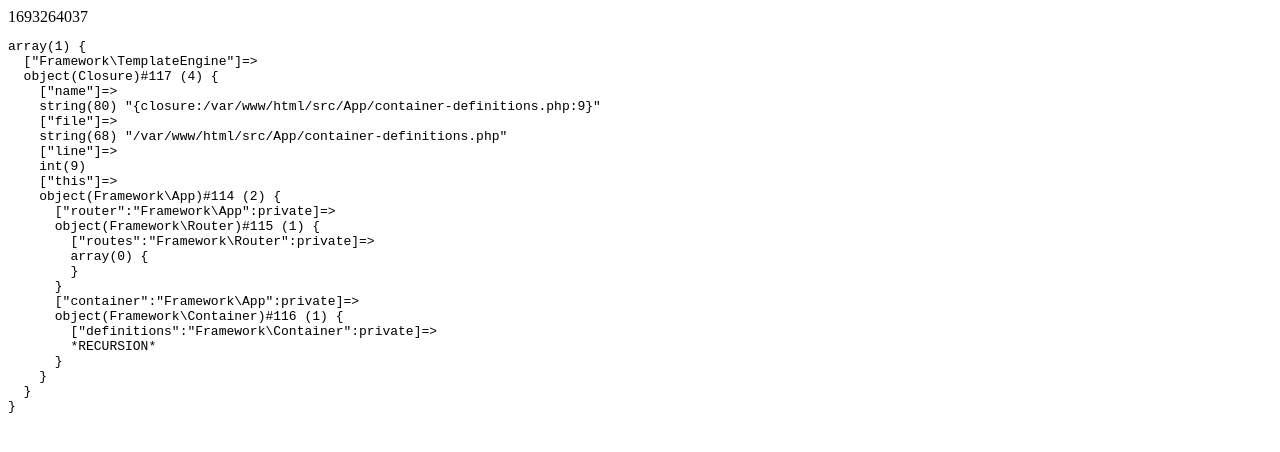
Repository: Conjet/PHPiggy
Page: http://localhost/about
An editor plug-in stored every save of this project. The page is shown before and after the next save, followed by the edit.
The browser window is 1280 px wide. The pictures show the whole page.
The page is run by PHP 8.4 with error messages shown; the project is at /var/www/html/.

Above is the page before, as saved 2023-08-31 00:02:27.

### public/index.php
<?php

include __DIR__."/../src/App/functions.php";

$app = include __DIR__.'/../src/App/bootstrap.php';

$app->run();

### src/App/functions.php
<?php

declare(strict_types=1);

function dd(mixed $value)
{
    echo '<pre>';
    var_dump($value);
    echo '</pre>';
    die();
}

function e(mixed $value): string
{
    return htmlspecialchars((string) $value);
}

### src/App/bootstrap.php
<?php

declare(strict_types=1);

require __DIR__ . '/../../vendor/autoload.php';

use Framework\App;
use App\Config\Paths;

use function App\Config\registerRoutes;

$app = new App(Paths::SOURCE . "App/container-definitions.php");

registerRoutes($app);

return $app;

### src/App/Config/Routes.php
<?php

declare(strict_types=1);

namespace App\Config;

use App\Controllers\{HomeController, AboutController};

use Framework\App;

function registerRoutes(App $app)
{
    $app->get('/', [HomeController::class, 'home']);
    $app->get('/about', [AboutController::class, 'about']);
}

### src/Framework/App.php
<?php

declare(strict_types=1);

namespace Framework;

echo time();
class App
{
    private Router $router;
    private Container $container;

    public function __construct(string $containerDefinitionsPath = null)
    {
        $this->router = new Router();
        $this->container = new Container();

        if ($containerDefinitionsPath) {
            $containerDefinitions = include $containerDefinitionsPath;
            $this->container->addDefinitions($containerDefinitions);
        }
    }

    public function run()
    {
        $path = parse_url($_SERVER['REQUEST_URI'], PHP_URL_PATH);
        $method = $_SERVER['REQUEST_METHOD'];

        $this->router->dispatch($path, $method, $this->container);
    }

    public function get(string $path, array $controller)
    {
        $this->router->add('GET', $path, $controller);
    }
}

### src/App/Config/Paths.php
<?php

declare(strict_types=1);

namespace App\Config;

class Paths
{
    public const VIEW = __DIR__ . "/../views";
    public const SOURCE =  __DIR__ . "/../../";
}

### src/Framework/Router.php
<?php

declare(strict_types=1);

namespace Framework;

class Router
{
    private array $routes = [];

    public function add(string $method, string $path, array $controller)
    {

        $path = $this->normalizePath($path);

        $this->routes[] = [
            'path' => $path,
            'method' => strtoupper($method),
            'controller' => $controller
        ];
    }

    private function normalizePath(string $path): string
    {
        // #[/]{2,}#
        $path = trim($path, '/');
        $path = '/' . $path . '/';
        $path = preg_replace('#[/]{2,}#', '/', $path);

        return $path;
    }

    public function dispatch(string $path, string $method, Container $container = null)
    {
        $path = $this->normalizePath($path);
        $method = strtoupper($method);

        foreach ($this->routes as $route) {
            if (!preg_match("#^{$route['path']}$#", $path) || $route['method'] !== $method) {
                continue;
            }

            [$class, $function] = $route['controller'];

            $controllerInstance = $container ?
                $container->resolve($class) :
                new $class;

            $controllerInstance->$function();
        }
    }
}

### src/Framework/Container.php
<?php

declare(strict_types=1);

namespace Framework;

class Container
{
    private array $definitions = [];

    public function addDefinitions(array $newDefinitions)
    {
        $this->definitions = [...$this->definitions, ...$newDefinitions];

        dd($this->definitions);
    }

    public function resolve(string $classname)
    {
    }
}

### src/App/container-definitions.php
<?php

declare(strict_types=1);

use Framework\TemplateEngine;
use App\Config\Paths;

return [
    TemplateEngine::class => fn () => new TemplateEngine(Paths::VIEW)
];

After the next save:
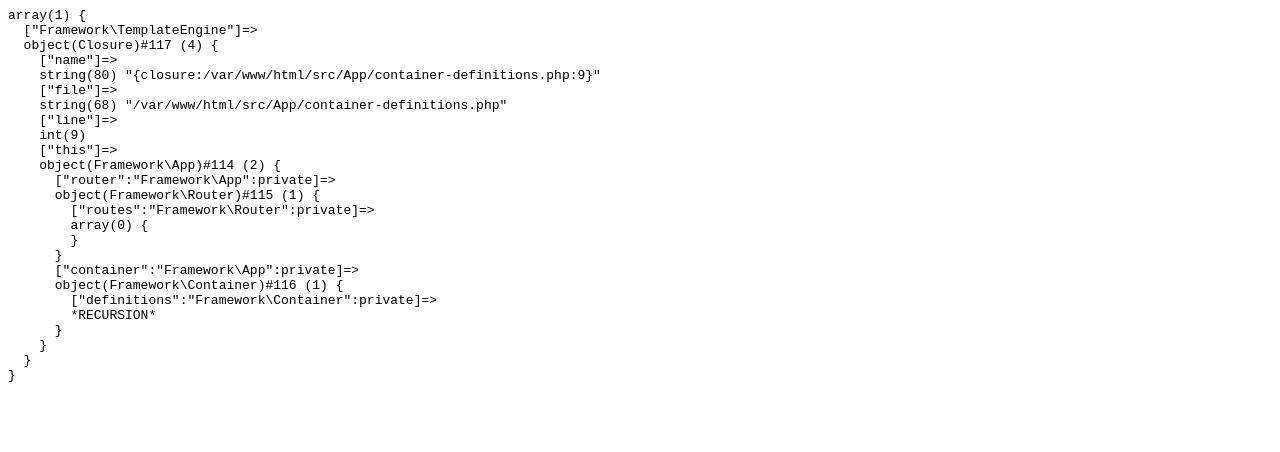
Saved 62 s later.
--- a/src/Framework/App.php
+++ b/src/Framework/App.php
@@ -4,7 +4,7 @@ declare(strict_types=1);
 
 namespace Framework;
 
-echo time();
+// echo time();
 class App
 {
     private Router $router;
